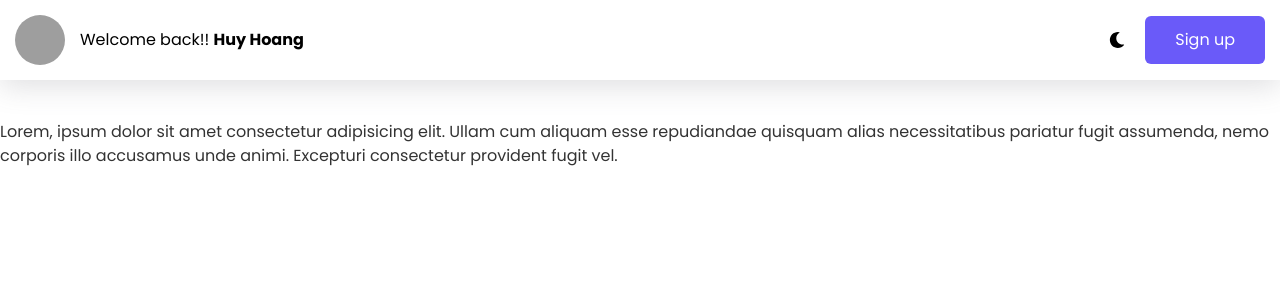
Repository: hoang0508/ReactJsDevWork
Page: /
An editor plug-in stored every save of this project. The page is shown before and after the next save, followed by the edit.
The browser window is 1280 px wide. The pictures show the whole page.
Pictures or frames that could not be fetched are drawn as grey boxes. The project was rebuilt for these pictures with package versions that can differ from the ones it lists, and the page was loaded fresh each time.

Above is the page before, as saved 2022-03-07 23:31:09.

### src/index.scss
@tailwind base;
@tailwind components;
@tailwind utilities;
body {
  margin: 0;
  font-family: "Poppins", sans-serif;
  font-size: 16px;
  -webkit-font-smoothing: antialiased;
  -moz-osx-font-smoothing: grayscale;
}

code {
  font-family: source-code-pro, Menlo, Monaco, Consolas, "Courier New",
    monospace;
}

// body {
//   background-color: #ccc;
// }

### src/App.js
import { Fragment, useState } from "react";
import "./App.scss";
import { AuthProvider } from "./components/Contexts/auth-context";
import HeaderMain from "./components/HeaderMain";

function App() {
  return (
    <>
      <AuthProvider>
        <HeaderMain />
      </AuthProvider>
    </>
  );
}

export default App;

### src/App.scss
@import url("https://fonts.googleapis.com/css2?family=Poppins:ital,wght@0,300;0,400;0,500;0,600;0,700;1,600&family=Red+Hat+Display:wght@300;400;500;600;700&display=swap");
*,
*::before,
*::after {
  box-sizing: border-box;
}
body,
h1,
h2,
h3,
h4,
h5,
h6,
p,
figure,
picture {
  margin: 0;
}
body {
  min-height: 100vh;
  line-height: 1.5;
}
input,
button,
select,
textarea {
  font: inherit;
}
img,
picture {
  display: block;
  max-width: 100%;
}
/* remove animation for people who've turned them off */
@media (prefers-reduced-motion: reduce) {
  *,
  *::before,
  *::after {
    animation-duration: 0.01ms !important;
    animation-iteration-count: 1 !important;
    transition-duration: 0.01ms !important;
    scroll-behavior: auto !important;
  }
}

// body {
//   background: #eb3349; /* fallback for old browsers */
//   background: -webkit-linear-gradient(
//     to right,
//     #f45c43,
//     #eb3349
//   ); /* Chrome 10-25, Safari 5.1-6 */
//   background: linear-gradient(
//     to right,
//     #f45c43,
//     #eb3349
//   ); /* W3C, IE 10+/ Edge, Firefox 16+, Chrome 26+, Opera 12+, Safari 7+ */
// }

### src/components/Contexts/auth-context.js
import { createContext, useContext, useState } from "react";

const AuthContext = createContext();

const AuthProvider = (props) => {
  const [user, setUser] = useState({
    userID: 1,
    name: "Huy Hoang",
    email: "hoang@gmail.com",
  });
  const [theme, setTheme] = useState(false);
  const value = { user, setUser, theme, setTheme };
  return <AuthContext.Provider value={value} {...props}></AuthContext.Provider>;
};

function useAuth() {
  const context = useContext(AuthContext);
  if (typeof context === "undefined")
    throw new Error("useCount must be used within a AuthProvider");
  return context;
}

export { AuthProvider, useAuth };

### src/components/HeaderMain.js
import React from "react";
import { useAuth } from "./Contexts/auth-context";
import { FaMoon } from "react-icons/fa";
import "./HeaderMain.scss";
const HeaderMain = () => {
  const { user, setUser, theme, setTheme } = useAuth();
  return (
    <>
      <div className="header">
        <div className="header-main">
          <div className="header-user">
            {user ? (
              <>
                <div className="header-img">
                  <img
                    src="https://images.unsplash.com/photo-1646596539959-d333fc8b398d?ixlib=rb-1.2.1&ixid=MnwxMjA3fDB8MHxlZGl0b3JpYWwtZmVlZHw3fHx8ZW58MHx8fHw%3D&auto=format&fit=crop&w=500&q=60"
                    alt=""
                  />
                </div>
                <span className="header-heading">
                  Welcome back!! <strong>{user.name}</strong>
                </span>
              </>
            ) : (
              <span className="header-heading">Welcome back!!</span>
            )}
          </div>
          <div className="header-button">
            <div className="cursor-pointer" onClick={() => setTheme(!theme)}>
              <FaMoon />
            </div>
            <button className="header-btn" onClick={() => setUser(null)}>
              Sign up
            </button>
          </div>
        </div>
      </div>
      <div className={`mt-10 ${theme ? "dark" : "light"}`}>
        Lorem, ipsum dolor sit amet consectetur adipisicing elit. Ullam cum
        aliquam esse repudiandae quisquam alias necessitatibus pariatur fugit
        assumenda, nemo corporis illo accusamus unde animi. Excepturi
        consectetur provident fugit vel.
      </div>
    </>
  );
};

export default HeaderMain;

### src/components/HeaderMain.scss
.header {
  background-color: #fff;
  box-shadow: rgba(100, 100, 111, 0.2) 0px 7px 29px 0px;
  padding: 15px;
  &-main {
    display: flex;
    justify-content: space-between;
    align-items: center;
  }
  &-user {
    display: flex;
    align-items: center;
    gap: 0 15px;
  }
  &-img {
    width: 50px;
    height: 50px;
    img {
      width: 100%;
      height: 100%;
      object-fit: cover;
      border-radius: 100rem;
    }
  }
  &-button {
    display: flex;
    align-items: center;
    gap: 0 20px;
  }
  &-btn {
    padding: 12px 30px;
    background-color: #6a5af9;
    color: #fff;
    border-radius: 6px;
  }
}

.dark {
  background-color: #2d2958;
  color: #fff;
}

.light {
  background-color: #fff;
  color: #333;
}

### src/components/ThemeContext.js
import React from "react";

const ThemeContext = () => {
  return (
    <></>
    //   <div className={`mt-10 ${theme ? "dark" : "light"}`}>
    //   Lorem, ipsum dolor sit amet consectetur adipisicing elit. Ullam cum
    //   aliquam esse repudiandae quisquam alias necessitatibus pariatur fugit
    //   assumenda, nemo corporis illo accusamus unde animi. Excepturi
    //   consectetur provident fugit vel.
    // </div>
  );
};

export default ThemeContext;

Loaded but not shown: public/index.html (common file); src/index.js (common file); src/reportWebVitals.js (common file); tailwind.config.js (common file)

After the next save:
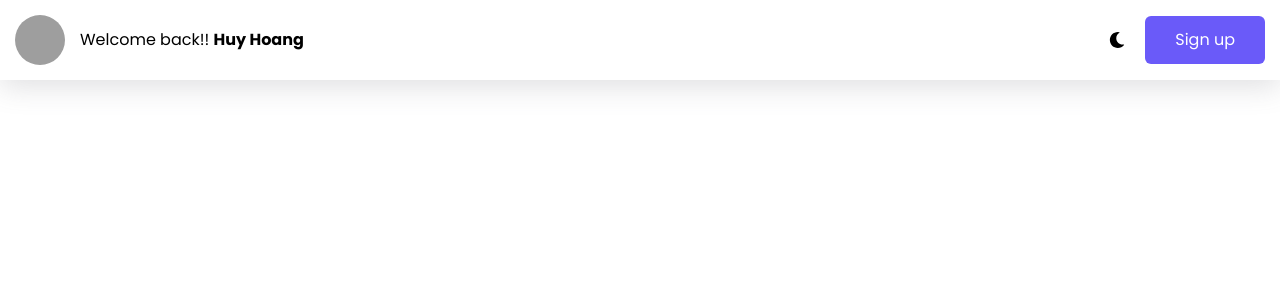
Saved 34 s later.
--- a/src/components/HeaderMain.js
+++ b/src/components/HeaderMain.js
@@ -35,12 +35,6 @@ const HeaderMain = () => {
           </div>
         </div>
       </div>
-      <div className={`mt-10 ${theme ? "dark" : "light"}`}>
-        Lorem, ipsum dolor sit amet consectetur adipisicing elit. Ullam cum
-        aliquam esse repudiandae quisquam alias necessitatibus pariatur fugit
-        assumenda, nemo corporis illo accusamus unde animi. Excepturi
-        consectetur provident fugit vel.
-      </div>
     </>
   );
 };

After the 2 saves that followed:
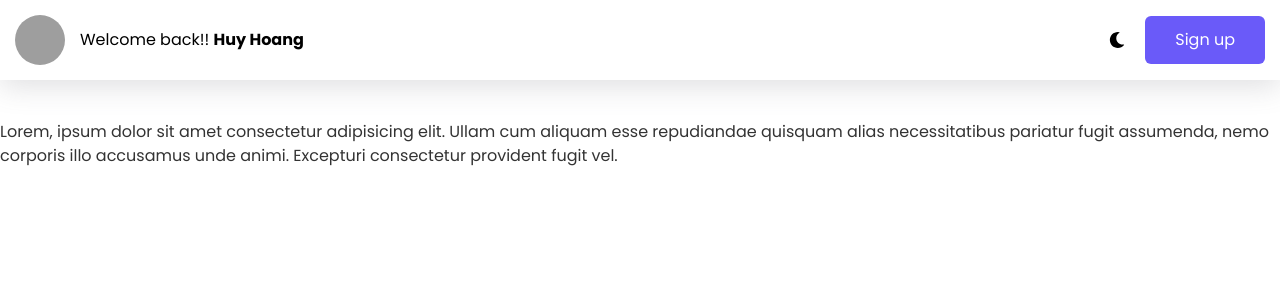
The 2 saves are shown as one change because 1 left the picture as it was.
The last was saved 61 s later.
--- a/src/App.js
+++ b/src/App.js
@@ -2,12 +2,14 @@ import { Fragment, useState } from "react";
 import "./App.scss";
 import { AuthProvider } from "./components/Contexts/auth-context";
 import HeaderMain from "./components/HeaderMain";
+import ThemeContext from "./components/ThemeContext";
 
 function App() {
   return (
     <>
       <AuthProvider>
         <HeaderMain />
+        <ThemeContext />
       </AuthProvider>
     </>
   );
--- a/src/components/ThemeContext.js
+++ b/src/components/ThemeContext.js
@@ -1,14 +1,17 @@
 import React from "react";
+import { useAuth } from "./Contexts/auth-context";
 
 const ThemeContext = () => {
+  const { theme } = useAuth();
   return (
-    <></>
-    //   <div className={`mt-10 ${theme ? "dark" : "light"}`}>
-    //   Lorem, ipsum dolor sit amet consectetur adipisicing elit. Ullam cum
-    //   aliquam esse repudiandae quisquam alias necessitatibus pariatur fugit
-    //   assumenda, nemo corporis illo accusamus unde animi. Excepturi
-    //   consectetur provident fugit vel.
-    // </div>
+    <>
+      <div className={`mt-10 ${theme ? "dark" : "light"}`}>
+        Lorem, ipsum dolor sit amet consectetur adipisicing elit. Ullam cum
+        aliquam esse repudiandae quisquam alias necessitatibus pariatur fugit
+        assumenda, nemo corporis illo accusamus unde animi. Excepturi
+        consectetur provident fugit vel.
+      </div>
+    </>
   );
 };
 
